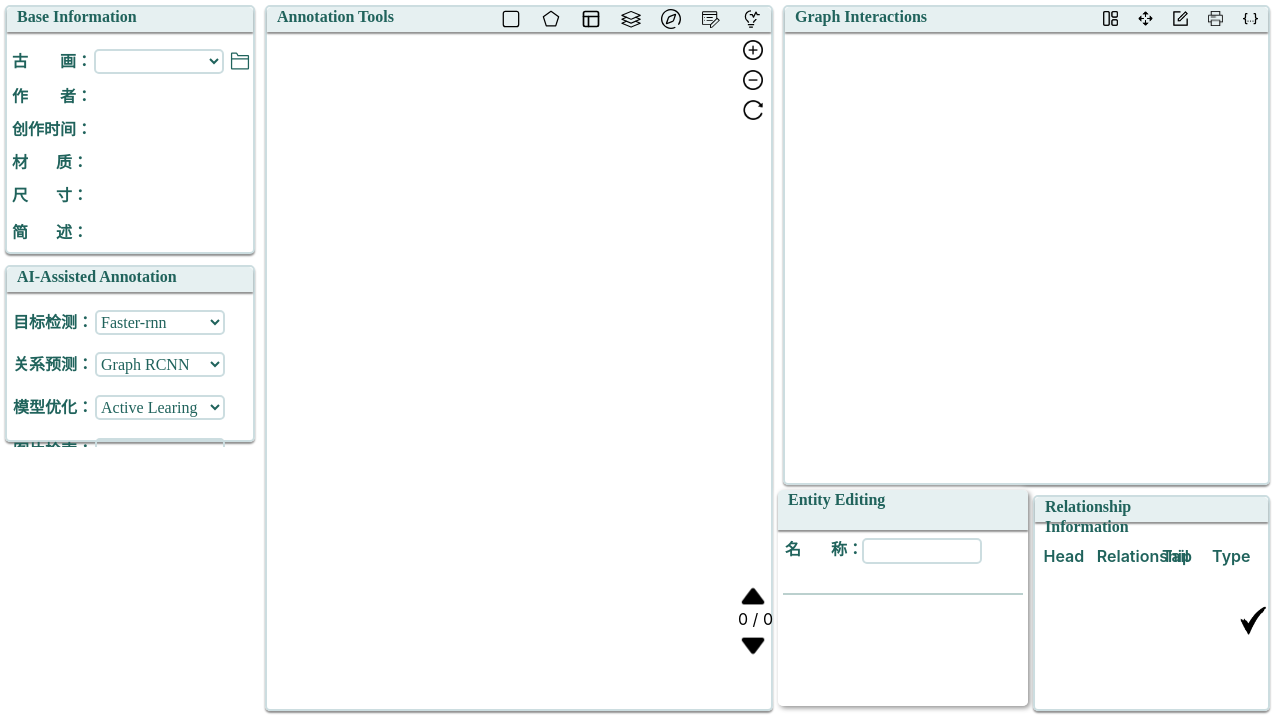
Repository: cailbh/ImageLabelTool
Page: /
An editor plug-in stored every save of this project. The page is shown before and after the next save, followed by the edit.
The browser window is 1280 px wide. The pictures show the whole page.
The project was rebuilt for these pictures with package versions that can differ from the ones it lists, and the page was loaded fresh each time.

Above is the page before, as saved 2022-11-02 10:31:59.

After the next save:
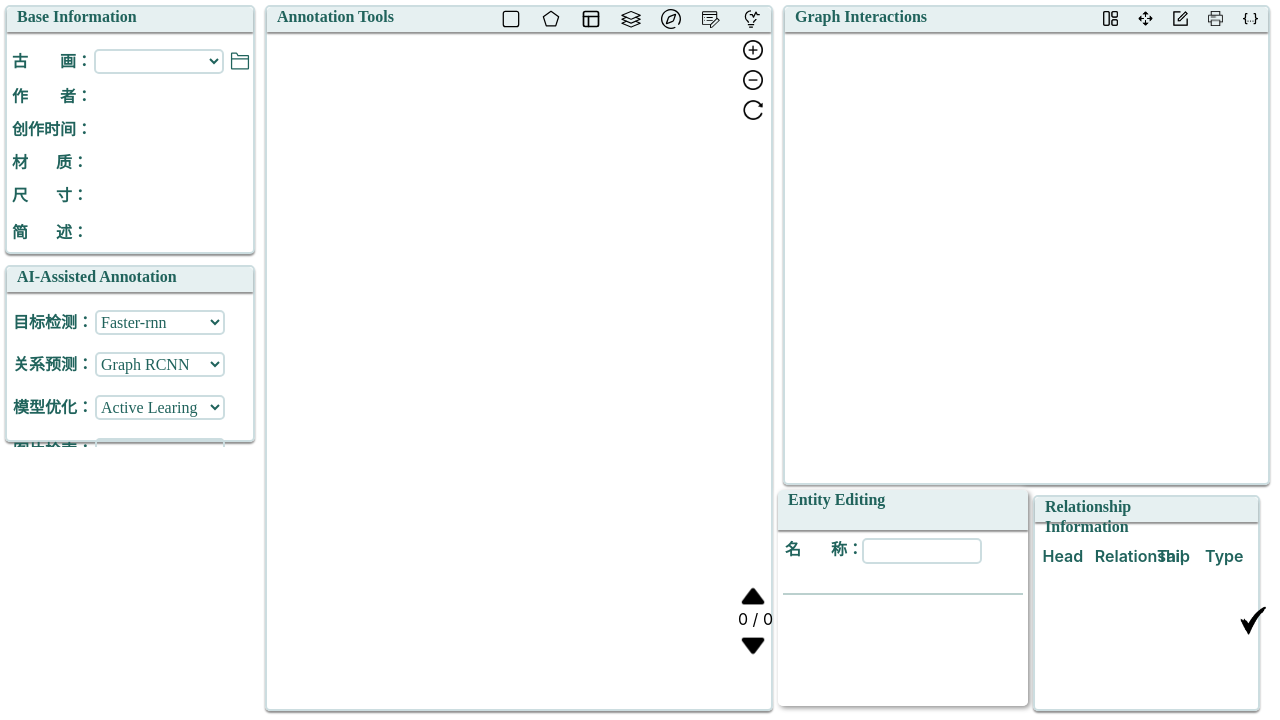
Saved 2 min 5 s later.
--- a/src/component/LabelDisplay/graph.css
+++ b/src/component/LabelDisplay/graph.css
@@ -122,7 +122,7 @@ position: relative;
     -moz-box-sizing: border-box;
     box-sizing: border-box;
     border-radius: 5px;
-    width: calc(100% - 265px);
+    width: calc(100% - 275px);
     margin: 5px;
     height: calc(30% - 0px);
     border-image-slice: 151;
